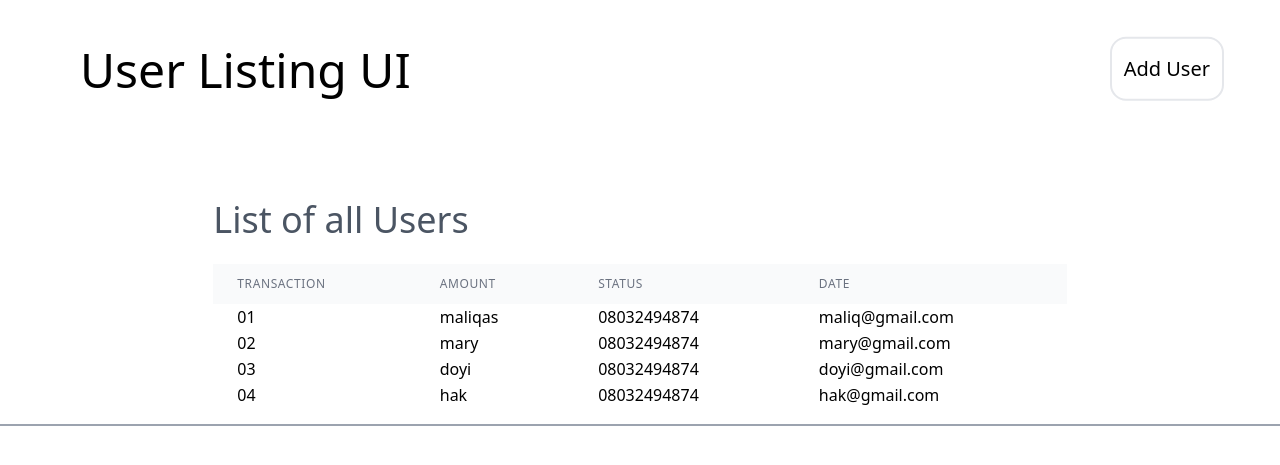
Repository: Marlstergo/listings
Page: / (app in client/)
An editor plug-in stored every save of this project. The page is shown before and after the next save, followed by the edit.
The browser window is 1280 px wide. The pictures show the whole page.
The project was rebuilt for these pictures with package versions that can differ from the ones it lists, and the page was loaded fresh each time. Also part of the build but not shown: client/craco.config.js, client/src/components/Loader.js, client/src/components/Order.js, client/src/components/Modal.js. Imported but missing from the stored project, and not drawn on this page: client/src/components/Base, client/src/components/Toppings.

Above is the page before, as saved 2021-07-21 14:59:23.

After the next save:
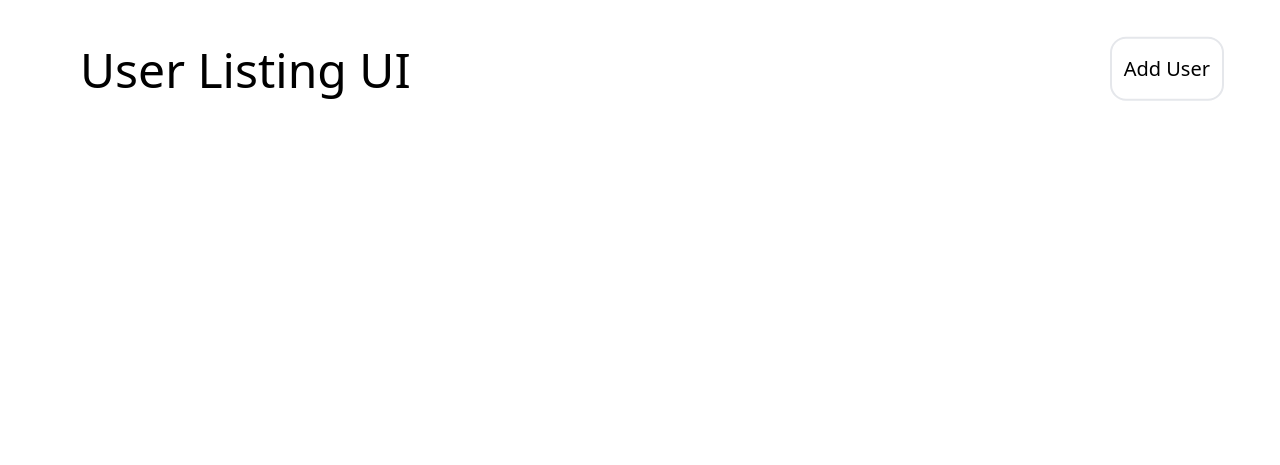
Saved 98 s later.
--- a/client/src/App.js
+++ b/client/src/App.js
@@ -18,7 +18,7 @@
       {/* <Modal showModal={showModal} /> */}
       <AnimatePresence exitBeforeEnter>
         <Switch location={location} key={location.key}>
-          <Route path="/">
+          <Route path="/home">
             <Home />
           </Route>
           <Route exact path="/createUpdateUser">
@@ -27,9 +27,7 @@
           <Route path="/order">
             <Order />
           </Route>
-          <Route path="/">
-            <Home />
-          </Route>
+
         </Switch>
       </AnimatePresence>
 

After the save that followed:
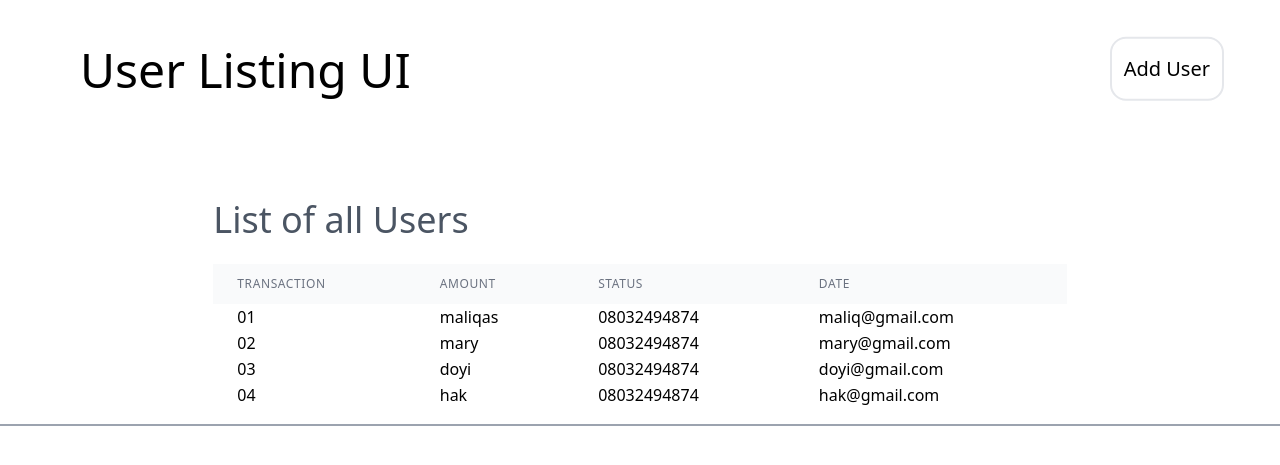
Saved 55 s later.
--- a/client/src/App.js
+++ b/client/src/App.js
@@ -18,7 +18,7 @@
       {/* <Modal showModal={showModal} /> */}
       <AnimatePresence exitBeforeEnter>
         <Switch location={location} key={location.key}>
-          <Route path="/home">
+          <Route path="/">
             <Home />
           </Route>
           <Route exact path="/createUpdateUser">
